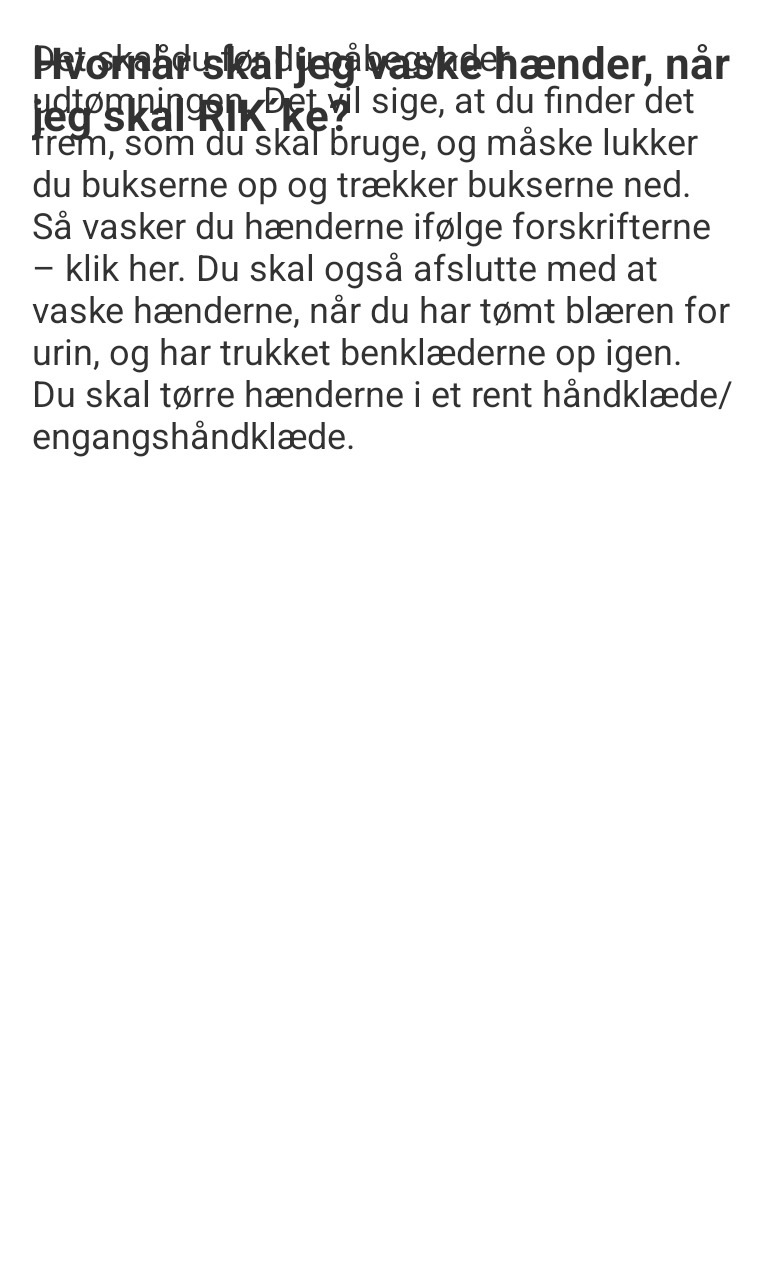
Repository: KingApollo/RIKapp2
Layout: RIKapp/res/layout/activity_when_wash_hands.xml
The author's editor kept a copy of each file at every save. The layout is drawn from the files as they stood at one save, then again after the next save.
It is drawn on a 768 x 1280 px phone screen (xhdpi) without system bars, with theme android:Theme.Light.NoTitleBar; the app's code is not run.

Above is the layout before, as saved 2014-10-10 12:35:33.

After the next save:
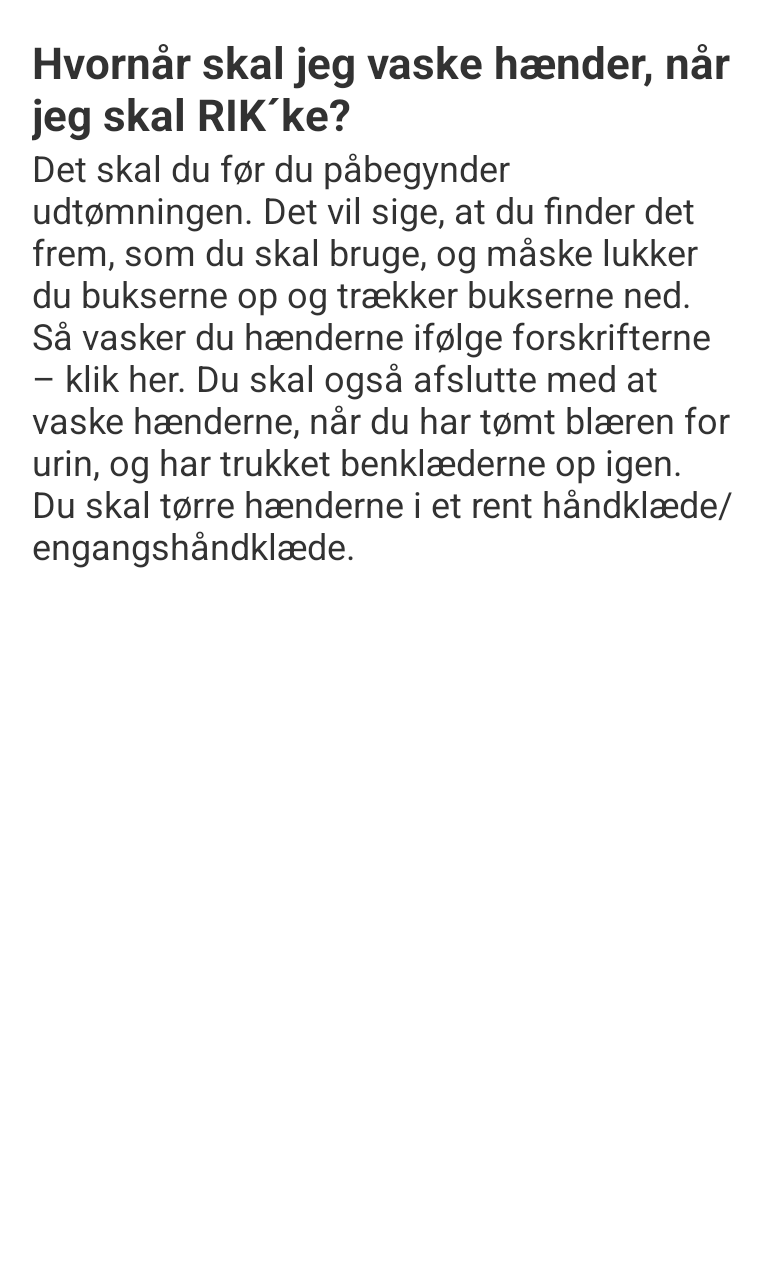
Saved 10 s later.
--- a/RIKapp/res/layout/activity_when_wash_hands.xml
+++ b/RIKapp/res/layout/activity_when_wash_hands.xml
@@ -21,7 +21,7 @@
     android:layout_width="wrap_content"
     android:layout_height="wrap_content"
     android:text="@string/whenHandWashAnswer"
-    android:layout_below="@+id/tvHowOftenQuestion"
+    android:layout_below="@+id/tvWhenHandWashQuestion"
     android:textSize="18sp"
     />
 
